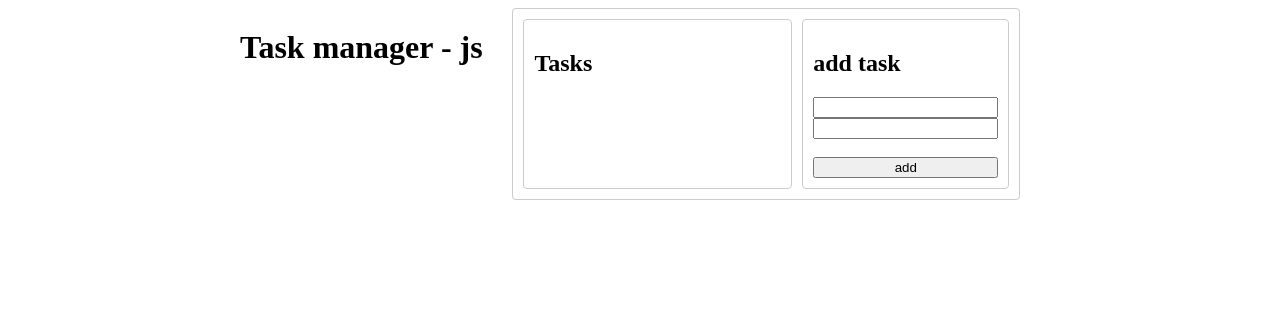
Repository: iKrekus/taskmgr-js
Page: index.html
These files come from the project's save history. The page is drawn as it stood at one moment and after the next save; the edit follows.
The browser window is 1280 px wide. The pictures show the whole page.

Above is the page before, as saved 2024-03-15 13:23:51.

### index.html
<!DOCTYPE html>
<html>
<head>
  <meta charset='utf-8'>
  <meta http-equiv='X-UA-Compatible' content='IE=edge'>
  <title>Task manager - js</title>
  <meta name='viewport' content='width=device-width, initial-scale=1'>
  <link rel='stylesheet' type='text/css' media='screen' href='style.css'>
</head>
<body>
<main class="task-mgr">
  <h1>Task manager - js</h1>
  <div class="task-mgr container">
    <div class="task-mgr__tasks-box container">
      <h2>Tasks</h2>
      <ul class="task-mgr__list">
      </ul>
    </div>
    <div class="task-mgr__add-task container">
      <h2>add task</h2>
      <label for="title">
        <input type="text" name="title" id="task-title" class="task-mgr__field">
      </label>
      <label for="description">
        <input type="text" name="description" id="task-description" class="task-mgr__field">
      </label>
      <br>
      <br>
      <button type="button" class="task-mgr-btn task-mgr-btn__add" id="btn-add">add</button>
    </div>
  </div>
</main>
<template id="task-tmpl">
  <li>
  <p class="task-title"></p>
  <p class="task-description"></p>
  <button type="button" class="btn btn__remove">Clear</button>
  </li>
</template>
<script src='app.js'></script>
</body>
</html>

### style.css
.task-mgr {
  max-width: 800px;
  margin: 0 auto;
}

li {
  list-style-type: none;
  padding: 0;
}
.task-mgr {
  display: flex;
  gap: 10px;
}

.task-mgr__tasks-box {
  width: 60%;
}

.task-mgr__add-task {
  width: 40%;
}

.task-mgr-btn {
  width: 100%;
}

.container {
  border: 1px solid #cccccc;
  border-radius: 4px;
  padding: 10px;
}

### app.js
const taskTitleField = document.querySelector('#task-title');
const taskDescriptionField = document.querySelector('#task-description');
const buttonAdd = document.querySelector('#btn-add');
const taskTitle = document.querySelector('.task-mgr__list');
const taskTemplate = document.querySelector('#task-tmpl').content;

buttonAdd.addEventListener('click', function () {
  if (taskTitleField.value && taskDescriptionField.value) {
  createTask(taskTitleField.value, taskDescriptionField.value);
  clear();
  }

})

function clear(){
  taskTitleField.value='';
  taskDescriptionField.value='';
};

function createTask (name, description) {
  const task = taskTemplate.cloneNode(true);
  task.querySelector('.task-title').textContent = name;
  task.querySelector('.task-description').textContent = description;
  task.querySelector('.btn__remove').addEventListener('click', function(){
    this.closest('LI').remove();
  });
  renderTask(task)
}

function renderTask (task) {
  const taskElement = document.createDocumentFragment();
  taskElement.append(task);
  taskTitle.append(taskElement);
}

After the next save:
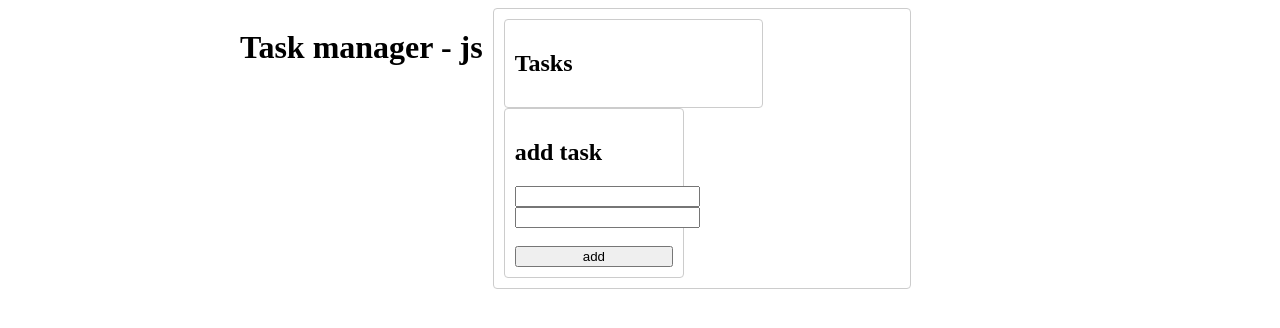
Saved 17 s later.
--- a/index.html
+++ b/index.html
@@ -10,7 +10,7 @@
 <body>
 <main class="task-mgr">
   <h1>Task manager - js</h1>
-  <div class="task-mgr container">
+  <div class="container">
     <div class="task-mgr__tasks-box container">
       <h2>Tasks</h2>
       <ul class="task-mgr__list">
